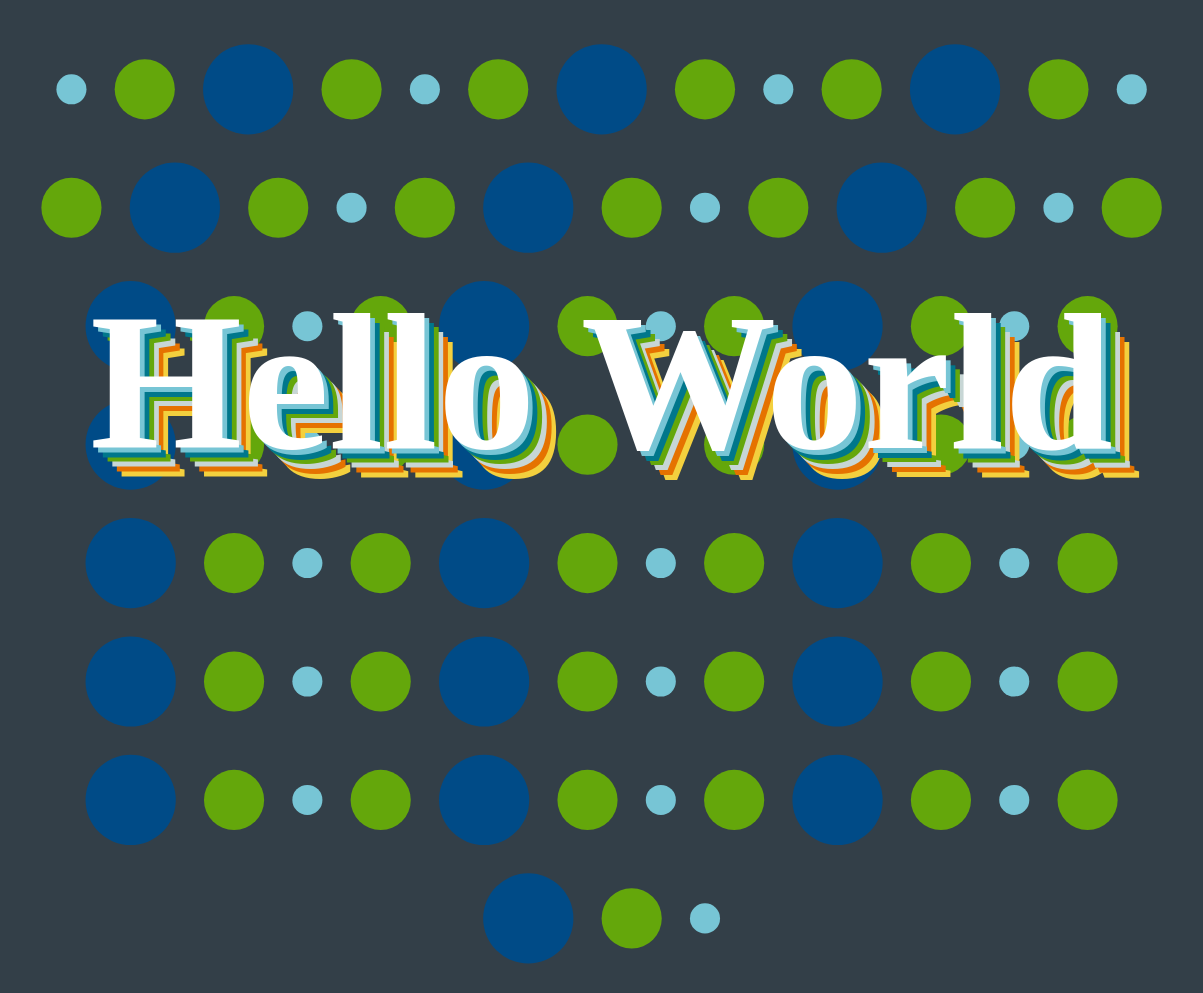
Repository: sarahlochhead/css-demo
Page: index.html
The author's editor kept a copy of each file at every save. The page is drawn from the files as they stood at one save, then again after the next save.
The browser window is 1280 px wide. The pictures show the whole page, at 94% of full size.
Some web fonts or font styles are not loaded; a fallback is used.

Above is the page before, as saved 2023-04-28 14:23:02.

### index.html
<!DOCTYPE html>
<html lang="en">
<head>
    <meta charset="UTF-8">
    <meta http-equiv="X-UA-Compatible" content="IE=edge">
    <meta name="viewport" content="width=device-width, initial-scale=1.0">
    <title>Light It Up Demo</title>
    <link rel="stylesheet" href="styles.css">
</head>
<body>
    <header class="row">
    <!-- STEP 1: Type your name in between the h1 tags -->
        <h1>Hello World</h1>
    </header>
    <!-- STEP 2: Head over to the styles.css to keep going -->
    <div class="row">
        <div class="small circle"></div>
        <div class="medium circle"></div>
        <div class="large circle"></div>
        <div class="medium circle"></div>
        <div class="small circle"></div>
        <div class="medium circle"></div>
        <div class="large circle"></div>
        <div class="medium circle"></div>
        <div class="small circle"></div>
        <div class="medium circle"></div>
        <div class="large circle"></div>
        <div class="medium circle"></div>
        <div class="small circle"></div>
        <div class="medium circle"></div>
        <div class="large circle"></div>
        <div class="medium circle"></div>
        <div class="small circle"></div>
        <div class="medium circle"></div>
        <div class="large circle"></div>
        <div class="medium circle"></div>
        <div class="small circle"></div>
        <div class="medium circle"></div>
        <div class="large circle"></div>
        <div class="medium circle"></div>
        <div class="small circle"></div>
        <div class="medium circle"></div>
        <div class="large circle"></div>
        <div class="medium circle"></div>
        <div class="small circle"></div>
        <div class="medium circle"></div>
        <div class="large circle"></div>
        <div class="medium circle"></div>
        <div class="small circle"></div>
        <div class="medium circle"></div>
        <div class="large circle"></div>
        <div class="medium circle"></div>
        <div class="small circle"></div>
        <div class="medium circle"></div>
        <div class="large circle"></div>
        <div class="medium circle"></div>
        <div class="small circle"></div>
        <div class="medium circle"></div>
        <div class="large circle"></div>
        <div class="medium circle"></div>
        <div class="small circle"></div>
        <div class="medium circle"></div>
        <div class="large circle"></div>
        <div class="medium circle"></div>
        <div class="small circle"></div>
        <div class="medium circle"></div>
        <div class="large circle"></div>
        <div class="medium circle"></div>
        <div class="small circle"></div>
        <div class="medium circle"></div>
        <div class="large circle"></div>
        <div class="medium circle"></div>
        <div class="small circle"></div>
        <div class="medium circle"></div>
        <div class="large circle"></div>
        <div class="medium circle"></div>
        <div class="small circle"></div>
        <div class="medium circle"></div>
        <div class="large circle"></div>
        <div class="medium circle"></div>
        <div class="small circle"></div>
        <div class="medium circle"></div>
        <div class="large circle"></div>
        <div class="medium circle"></div>
        <div class="small circle"></div>
        <div class="medium circle"></div>
        <div class="large circle"></div>
        <div class="medium circle"></div>
        <div class="small circle"></div>
        <div class="medium circle"></div>
        <div class="large circle"></div>
        <div class="medium circle"></div>
        <div class="small circle"></div>
        <div class="medium circle"></div>
        <div class="large circle"></div>
        <div class="medium circle"></div>
        <div class="small circle"></div>
        <div class="medium circle"></div>
        <div class="large circle"></div>
        <div class="medium circle"></div>
        <div class="small circle"></div>
        <div class="medium circle"></div>
        <div class="large circle"></div>
        <div class="medium circle"></div>
        <div class="small circle"></div>
    </div>
</body>
</html>

### styles.css
@charset "utf-8";

/* TAKE IT FURTHER - explore https://fonts.google.com/ and get and import statement for a font of your choosing then change the font-family for the h1 (above STEP 5) */
@import url('https://fonts.googleapis.com/css2?family=Baloo+Chettan+2&family=Calligraffitti&display=swap');

html {
    /* STEP 3: Choose a color for the background (enter values from 0 - 255) */
    background-color: rgb(51, 63, 72);
}

h1 {
    position: absolute;
    top: 40%;
    font-size: 4rem;
    margin: 0 auto;
    font-family: 'Calligraffitti', cursive;
    font-weight: 700;
    font-size: 13rem;
/* STEP 5: Explore the text-shadow property by changing the colo values and pixel values */
    text-shadow: 5px 5px 0px rgb(119, 197, 213),
    /* The first value is the horizontal shadow, next is the vertical shadow, these two values can be positive or negative numbers. The third number is  the blur radius of the shadow */
    10px 10px 0px rgb(0, 119, 139),
    15px 15px 0px  rgb(100, 167, 11),
    20px 20px 0px rgb(199, 214, 213),
    25px 25px 0px rgb(229, 114, 0),
    30px 30px 0px rgb(243, 208, 62);

/* STEP 4: Choose a color for your h1 text (enter values from 0 - 255) */
    color: rgb(255, 255, 255);
}

div {
    margin: 15px;
}

.row {
    display: flex;
    justify-content: center;
    align-items: center;
    flex-wrap: wrap;
    margin: 1rem;
}

.small {
    height: 2rem;
    width: 2rem;
    border-radius: 100%;
    background-color:rgb(119, 197, 213);
}


.medium {
    height: 4rem;
    width: 4rem;
    border-radius: 100%;
    background-color: rgb(100, 167, 11);
}

.large {
    height: 6rem;
    width: 6rem;
    border-radius: 100%;
    background-color: rgb(0, 75, 135);
}


/* STEP 6: Let's apply the "rainbow" animation to all the circles at once */
/* div .circle {  */
    /* animation-name: ;  */
    /* in milliseconds or seconds */
    /* animation-duration: ;  */
    /* ease-in, ease-out, ease-in-out, linear*/
    /* animation-timing-function: ;  */
    /* in milliseconds or seconds */
    /* animation-delay:  ;  */
    /* infinite or a positive number */
    /* animation-iteration-count: ;  */
    /* normal, reverse, alternate, alternate-reverse */
    /* animation-direction: ;  */
    /* none, forwards, backwards, both */
    /* animation-fill-mode: ;  */
/* }  */


/* STEP 7: Let's apply animations to each size of circle */
.small .circle {
animation-name: cloud;
/* in milliseconds or seconds */
animation-duration: 3s;
/* ease-in, ease-out, ease-in-out, linear*/
animation-timing-function: linear ;
/* in milliseconds or seconds */
animation-delay: 0 ;
/* infinite or a positive number */
animation-iteration-count: 4 ;
/* normal, reverse, alternate, alternate-reverse */
animation-direction: alternate-reverse;
/* none, forwards, backwards, both */
animation-fill-mode: none;
}


/* .medium .circle { */
    /* animation-name: ;   */
    /* in milliseconds or seconds */
    /* animation-duration: ; */
    /* ease-in, ease-out, ease-in-out, linear*/
    /* animation-timing-function: ;  */
    /* in milliseconds or seconds */
    /* animation-delay:  ; */
    /* infinite or a positive number */
    /* animation-iteration-count: ;  */
    /* normal, reverse, alternate, alternate-reverse */
    /* animation-direction: ;  */
    /* none, forwards, backwards, both */
    /* animation-fill-mode: ;  */
/* }  */

/* .large .circle { */
    /* animation-name: ;   */
    /* in milliseconds or seconds */
    /* animation-duration: ; */
    /* ease-in, ease-out, ease-in-out, linear*/
    /* animation-timing-function: ;  */
    /* in milliseconds or seconds */
    /* animation-delay:  ; */
    /* infinite or a positive number */
    /* animation-iteration-count: ;  */
    /* normal, reverse, alternate, alternate-reverse */
    /* animation-direction: ;  */
    /* none, forwards, backwards, both */
    /* animation-fill-mode: ;  */
/* }  */




@keyframes rainbow {
    0% {
        background-color: rgb(255, 0, 0);
    }
    20% {
        background-color: rgb(255, 165, 0);
    }
    35% {
        background-color: rgb(255, 255, 0);
    }
    50% {
        background-color: rgb(0, 128, 0);
    }
    65% {
        background-color:rgb(0, 0, 255);
    }
    80% {
        background-color: rgb(75, 0, 130);
    }
    100% {
        background-color: rgb(238, 130, 238);
    }

}

@keyframes cloud {
    0% {
        background-color: rgb(227, 224, 236);
    }
    25% {
        background-color: rgb(250, 242, 239);
    }
    50% {
        background-color: rgb(163, 232, 253);
    }
    100% {
        transform: rotateY(360deg);
        background-color: rgb(38, 198, 248);
    }

}

After the next save:
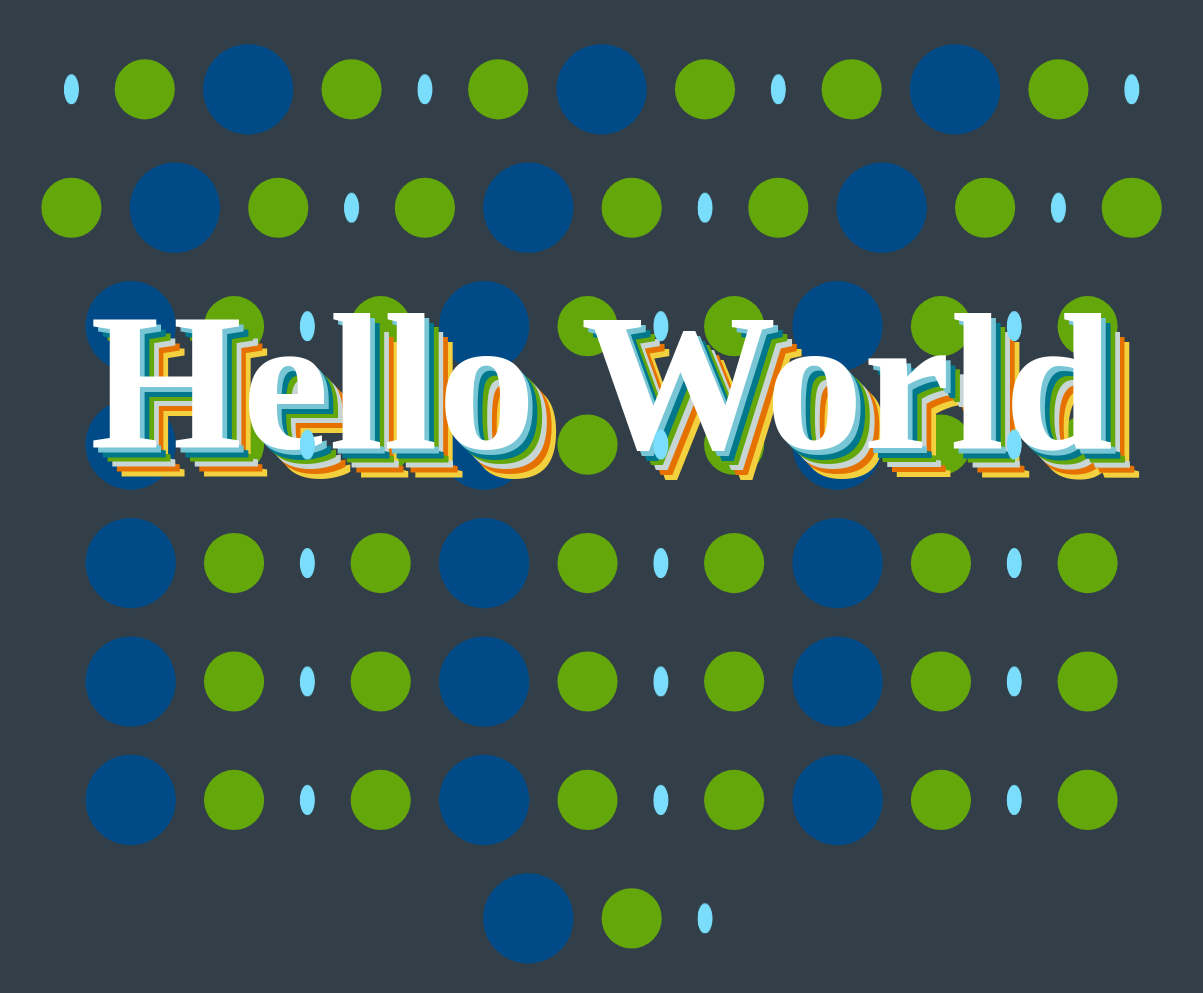
Saved 36 s later.
--- a/styles.css
+++ b/styles.css
@@ -83,7 +83,7 @@ div {
 
 
 /* STEP 7: Let's apply animations to each size of circle */
-.small .circle {
+.small{
 animation-name: cloud;
 /* in milliseconds or seconds */
 animation-duration: 3s;
